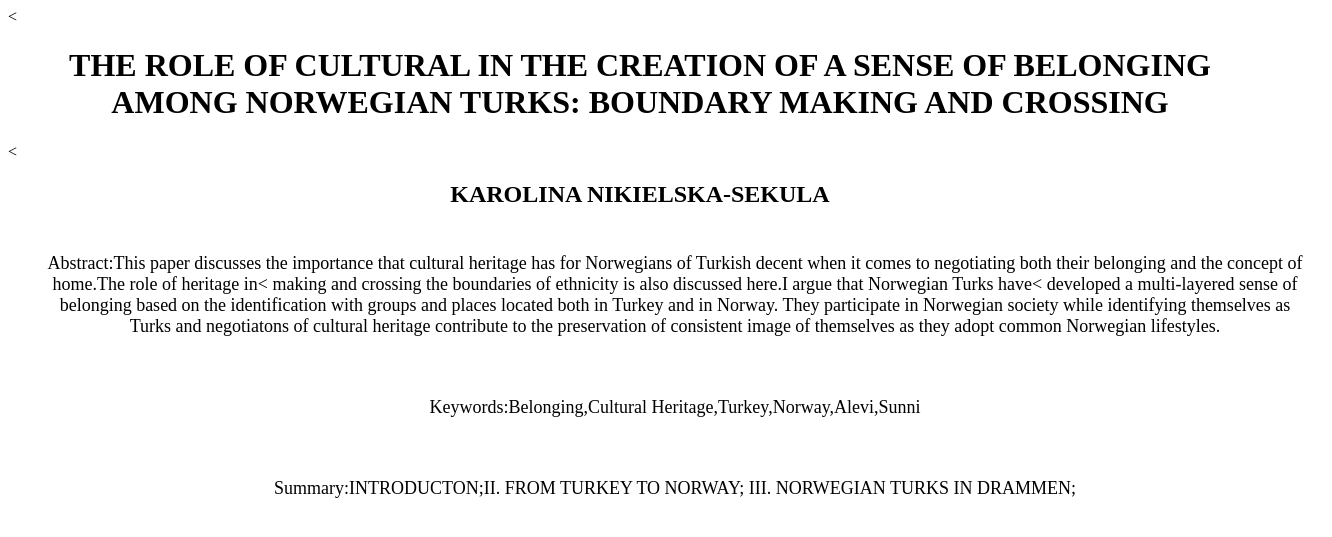
Repository: Pholi658/HTML-Task1
Page: Task2.html/No2.html
An editor plug-in stored every save of this project. The page is shown before and after the next save, followed by the edit.
The browser window is 1280 px wide. The page is 1332 px wide, so the pictures cover 1332 px, including what lies to the right of the window. The pictures show the whole page.

Above is the page before, as saved 2024-10-17 14:41:10.

After the next save:
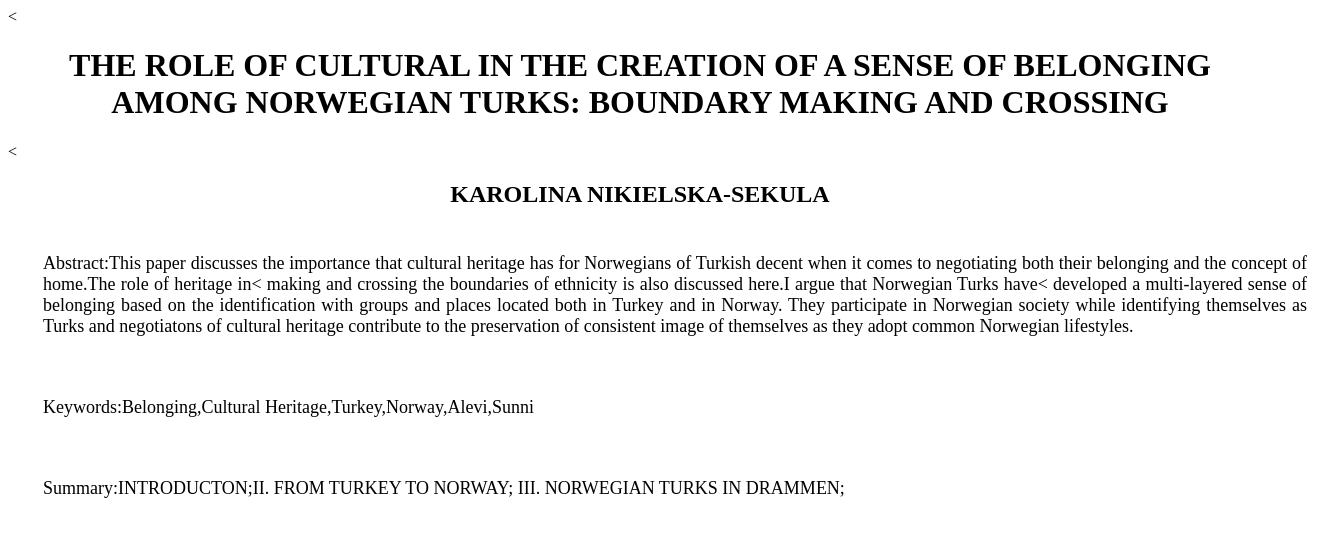
Saved 5 min 47 s later.
--- a/Task2.html/No2.html
+++ b/Task2.html/No2.html
@@ -14,7 +14,7 @@
             border: 7px honeydew;
             padding: 25px;
             margin: 10px;
-            text-align: center;
+            text-align: justify;
             font-size: 18px;
 
         }
